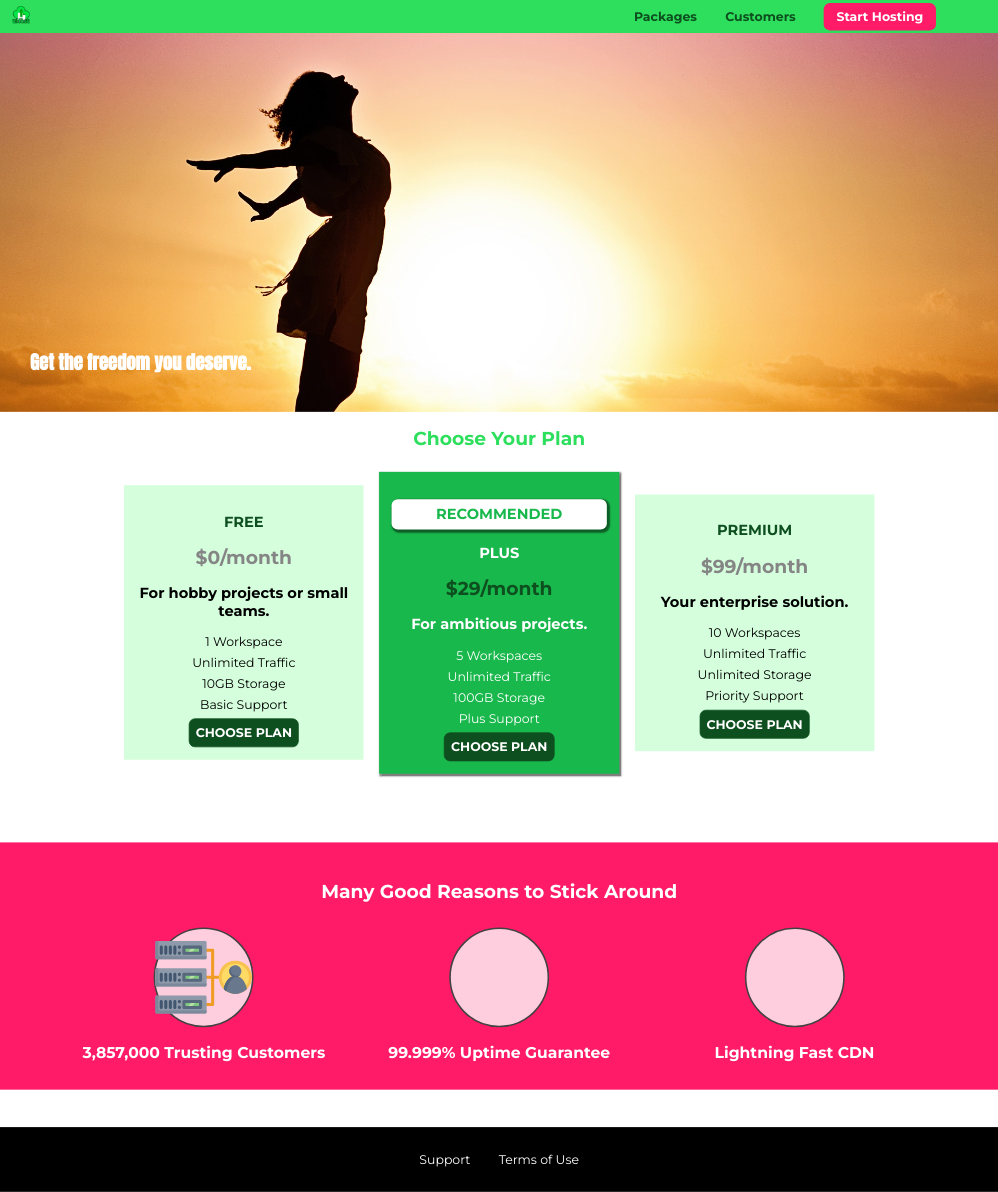
Repository: Nowacki97PL/UdemyCSS
Page: index.html
The author's editor kept a copy of each file at every save. The page is drawn from the files as they stood at one save, then again after the next save.
The browser window is 1280 px wide. The pictures show the whole page, at 78% of full size.

Above is the page before, as saved 2023-11-12 14:06:48.

After the next save:
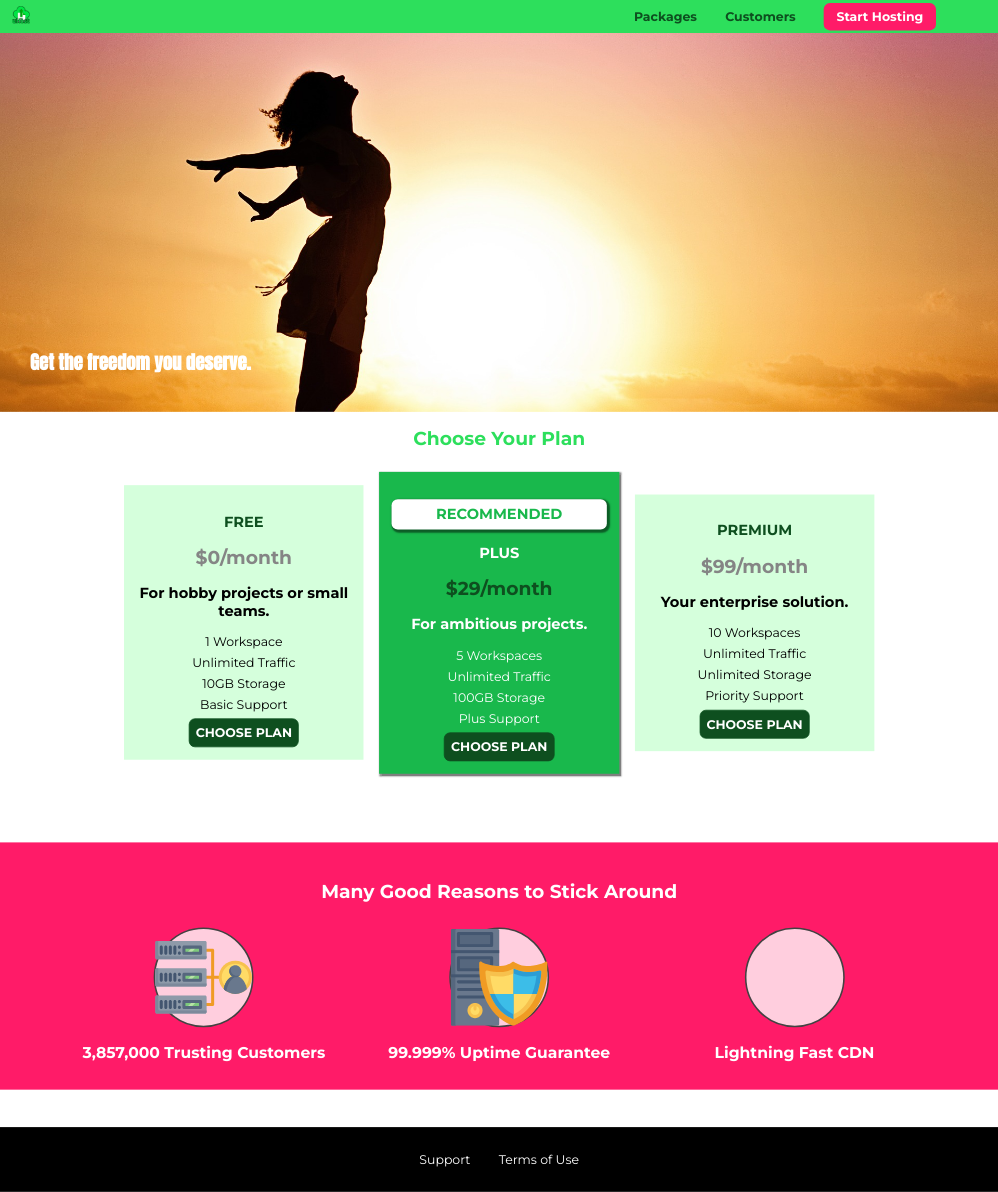
Saved 32 s later.
--- a/index.html
+++ b/index.html
@@ -185,7 +185,51 @@
                 </li>
                 <li class="key-feature">
                     <div class="key-feature__image">
-
+                        <svg viewBox="0 0 512 512">
+                            <path style="fill:#69788D;" d="M248,0H8C3.582,0,0,3.582,0,8v496c0,4.418,3.582,8,8,8h240c4.418,0,8-3.582,8-8V8  C256,3.582,252.418,0,248,0z"
+                            />
+                            <path style="fill:#56677E;" d="M24,504V8c0-4.418,3.582-8,8-8H8C3.582,0,0,3.582,0,8v496c0,4.418,3.582,8,8,8h24  C27.582,512,24,508.418,24,504z"
+                            />
+                            <g>
+                                <rect x="0" y="112" style="fill:#435670;" width="256" height="16" />
+                                <rect x="0" y="240" style="fill:#435670;" width="256" height="16" />
+                            </g>
+                            <path style="fill:#F7C14D;" d="M128,392c-22.056,0-40,17.944-40,40s17.944,40,40,40s40-17.944,40-40S150.056,392,128,392z" />
+                            <path style="fill:#FFDB66;" d="M128,408c-13.233,0-24,10.767-24,24s10.767,24,24,24s24-10.767,24-24S141.233,408,128,408z" />
+                            <path style="fill:#F7C14D;" d="M128,392c-2.739,0-5.414,0.278-8,0.805V424c0,4.418,3.582,8,8,8c4.418,0,8-3.582,8-8v-31.195  C133.414,392.278,130.739,392,128,392z"
+                            />
+                            <g>
+                                <path style="fill:#435670;" d="M216,288H40c-4.418,0-8-3.582-8-8s3.582-8,8-8h176c4.418,0,8,3.582,8,8S220.418,288,216,288z"
+                                />
+                                <path style="fill:#435670;" d="M216,328H40c-4.418,0-8-3.582-8-8s3.582-8,8-8h176c4.418,0,8,3.582,8,8S220.418,328,216,328z"
+                                />
+                                <path style="fill:#435670;" d="M216,368H40c-4.418,0-8-3.582-8-8s3.582-8,8-8h176c4.418,0,8,3.582,8,8S220.418,368,216,368z"
+                                />
+                                <path style="fill:#435670;" d="M216,16H40c-4.418,0-8,3.582-8,8v64c0,4.418,3.582,8,8,8h176c4.418,0,8-3.582,8-8V24   C224,19.582,220.418,16,216,16z"
+                                />
+                            </g>
+                            <rect x="48" y="32" style="fill:#56677E;" width="160" height="48" />
+                            <path style="fill:#435670;" d="M216,144H40c-4.418,0-8,3.582-8,8v64c0,4.418,3.582,8,8,8h176c4.418,0,8-3.582,8-8v-64  C224,147.582,220.418,144,216,144z"
+                            />
+                            <rect x="48" y="160" style="fill:#56677E;" width="160" height="48" />
+                            <path style="fill:#F09B24;" d="M511.747,180.237c-0.194-6.537-8.107-10.107-13.135-5.894c-5.6,4.693-42.904,21.282-98.514,21.282  c-33.45,0-64.625-20.999-64.929-21.206c-2.9-1.991-6.764-1.85-9.512,0.346c-2.677,2.135-27.201,20.86-63.793,20.86  c-55.607,0-92.914-16.589-98.515-21.282c-5.028-4.211-12.941-0.645-13.135,5.894c-1.634,54.834,4.655,105.941,18.693,151.903  c12.096,39.604,29.759,74.047,52.497,102.373c27.538,34.304,62.743,59.882,104.66,76.045c3.069,1.918,6.757,1.921,9.83,0  c41.917-16.163,77.122-41.741,104.66-76.045c22.738-28.326,40.401-62.77,52.497-102.373  C507.092,286.179,513.381,235.071,511.747,180.237z"
+                            />
+                            <path style="fill:#F7C14D;" d="M476.21,221.226c-1.953-1.631-4.568-2.235-7.036-1.628c-21.686,5.327-44.926,8.028-69.075,8.028  c-25.926,0-49.633-8.975-64.955-16.504c-2.307-1.134-5.016-1.091-7.284,0.116c-14.059,7.477-36.919,16.388-65.994,16.388  c-24.153,0-47.394-2.701-69.075-8.028c-5.155-1.268-10.221,2.966-9.894,8.261c2.077,33.693,7.668,65.635,16.616,94.935  c22.774,74.565,66.139,126.334,128.888,153.868c2.032,0.891,4.397,0.891,6.43,0c61.777-27.107,104.716-78.876,127.62-153.868  c8.948-29.3,14.539-61.241,16.616-94.935C479.224,225.319,478.163,222.856,476.21,221.226z"
+                            />
+                            <path style="fill:#FFDB66;" d="M331.609,451.727c-52.604-25.289-89.304-70.987-109.144-135.944  c-6.532-21.39-11.162-44.336-13.82-68.447c17.133,2.852,34.952,4.291,53.22,4.291c29.394,0,53.376-7.793,69.978-15.561  c17.44,7.736,41.656,15.561,68.256,15.561c18.267,0,36.085-1.439,53.219-4.291c-2.659,24.112-7.288,47.06-13.82,68.448  C419.545,381.108,383.27,426.805,331.609,451.727z"
+                            />
+                            <g>
+                                <path style="fill:#2C9DD4;" d="M479.066,227.858c0.157-2.539-0.903-5.002-2.856-6.633s-4.568-2.235-7.036-1.628   c-21.686,5.327-44.926,8.028-69.075,8.028c-25.926,0-49.633-8.975-64.955-16.504c-1.057-0.52-2.2-0.78-3.345-0.806l-0.072,133.351   h123.601c2.556-6.746,4.933-13.702,7.123-20.874C471.398,293.493,476.989,261.552,479.066,227.858z"
+                                />
+                                <path style="fill:#2C9DD4;" d="M206.658,343.667c24.153,63.42,65.028,108.108,121.743,132.995c1.031,0.452,2.147,0.673,3.263,0.666   l0.063-133.661H206.658z"
+                                />
+                            </g>
+                            <g>
+                                <path style="fill:#3CBDE8;" d="M439.497,315.783c6.532-21.389,11.161-44.336,13.82-68.448c-17.134,2.852-34.952,4.291-53.219,4.291   c-26.6,0-50.815-7.824-68.256-15.561l-0.116,107.601h97.758C433.179,334.807,436.524,325.518,439.497,315.783z"
+                                />
+                                <path style="fill:#3CBDE8;" d="M232.523,343.667c21.144,50.298,54.363,86.56,99.087,108.06l0.117-108.06H232.523z" />
+                            </g>
+                        </svg>
                     </div>
                     <p class="key-feature__description">99.999% Uptime Guarantee</p>
                 </li>
